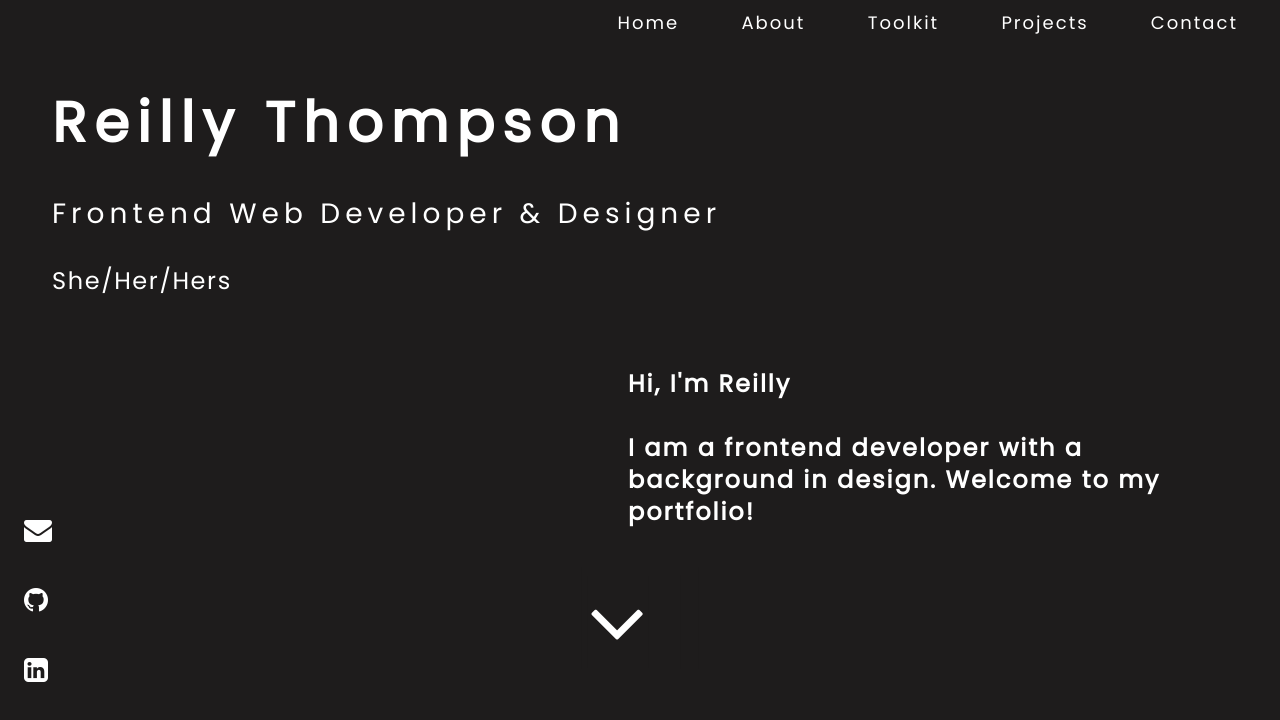
Repository: Rthompson2548/portfolio
Page: index.html
An editor plug-in stored every save of this project. The page is shown before and after the next save, followed by the edit.
The browser window is 1280 px wide. The pictures show the whole page.
Some web libraries are served in a nearby version.

Above is the page before, as saved 2022-04-13 10:48:07.

After the next save:
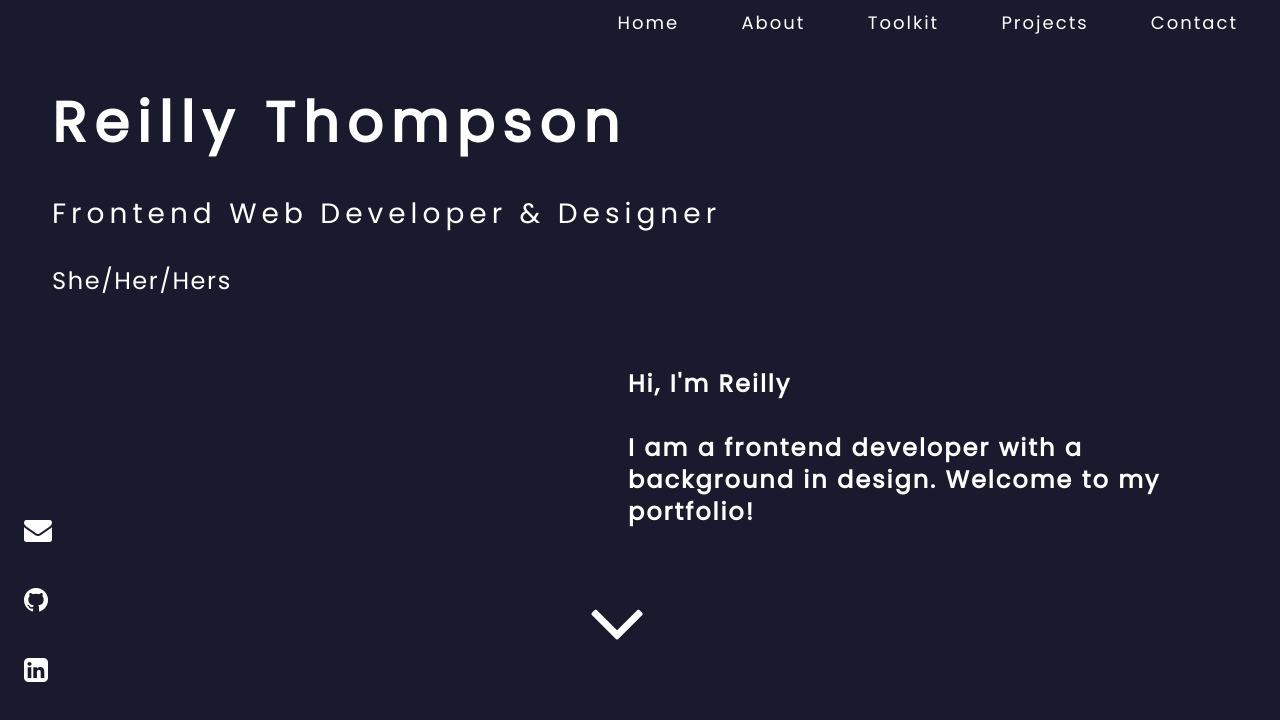
Saved 82 s later.
--- a/style.css
+++ b/style.css
@@ -2,7 +2,7 @@
 * {
   font-family: 'Poppins', sans-serif;
   max-width: 100%;
-  background-color: #1e1c1c;
+  background-color: #1A1A2E;
   color: #fff;
   letter-spacing: 2px;
 }
